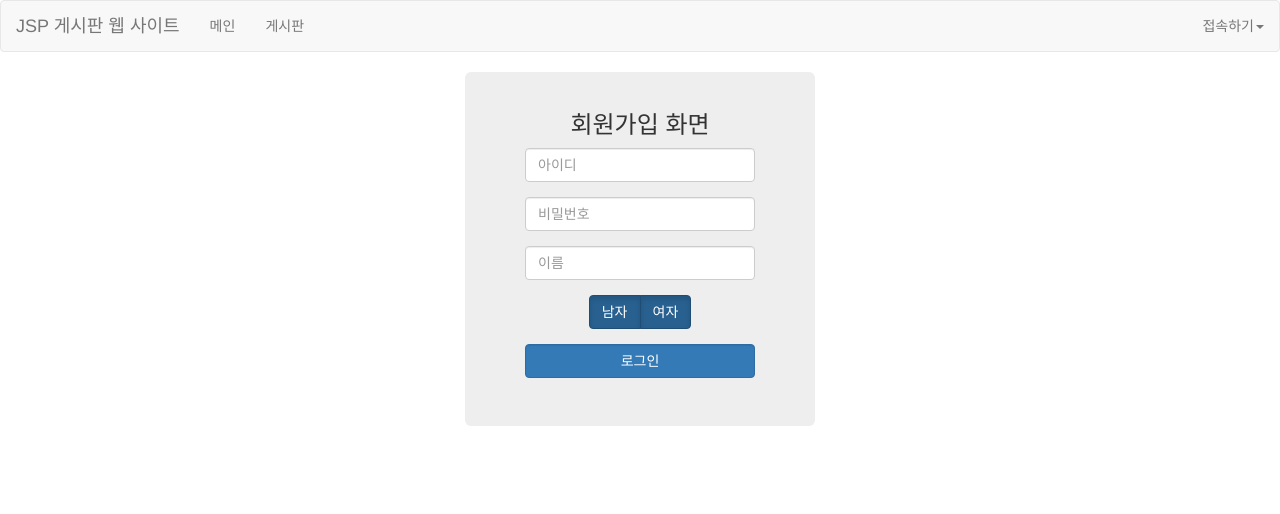
Repository: MinKyeong031/NoticeBoard-JSP-
Page: http://localhost/text/join.jsp
The author's editor kept a copy of each file at every save. The page is drawn from the files as they stood at one save, then again after the next save.
The browser window is 1280 px wide. The pictures show the whole page.
Some web libraries are served in a nearby version. The page is served by Tomcat 9.

Above is the page before, as saved 2020-10-05 00:39:17.

After the next save:
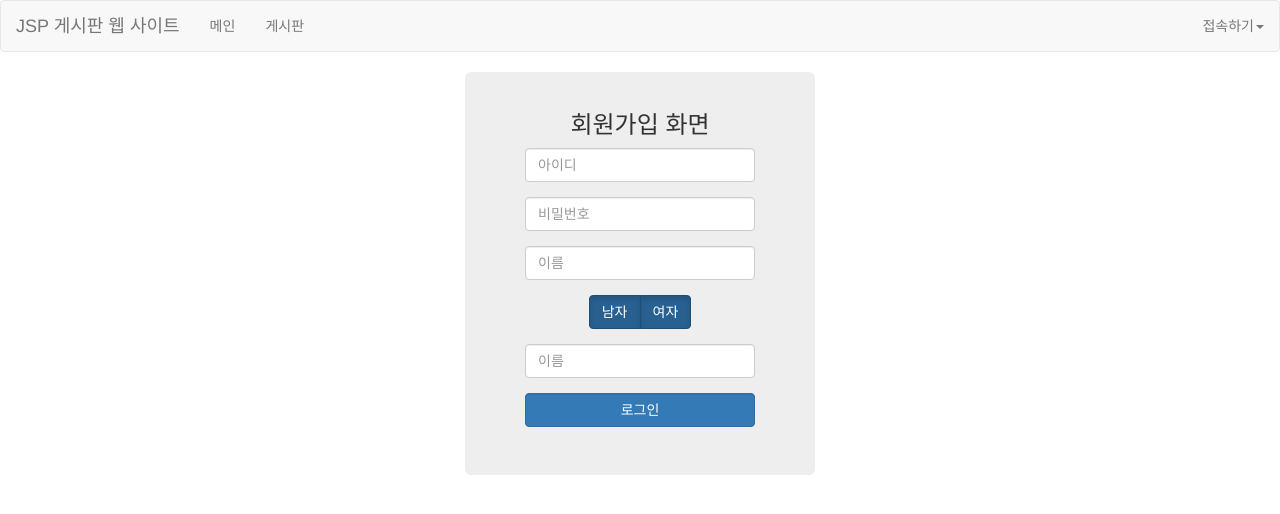
Saved 33 s later.
--- a/WS/text/WebContent/join.jsp
+++ b/WS/text/WebContent/join.jsp
@@ -62,6 +62,9 @@
 							</label>
 						</div>
 					</div>
+					<div class = "form-group">
+						<input type = "email" class = "form-control" placeholder = "이름" name = "userEmail" maxlength = "20"/>
+					</div>
 					<input type = "submit" class = "btn btn-primary form-control" value = "로그인"/>
 				</form>
 			</div>
